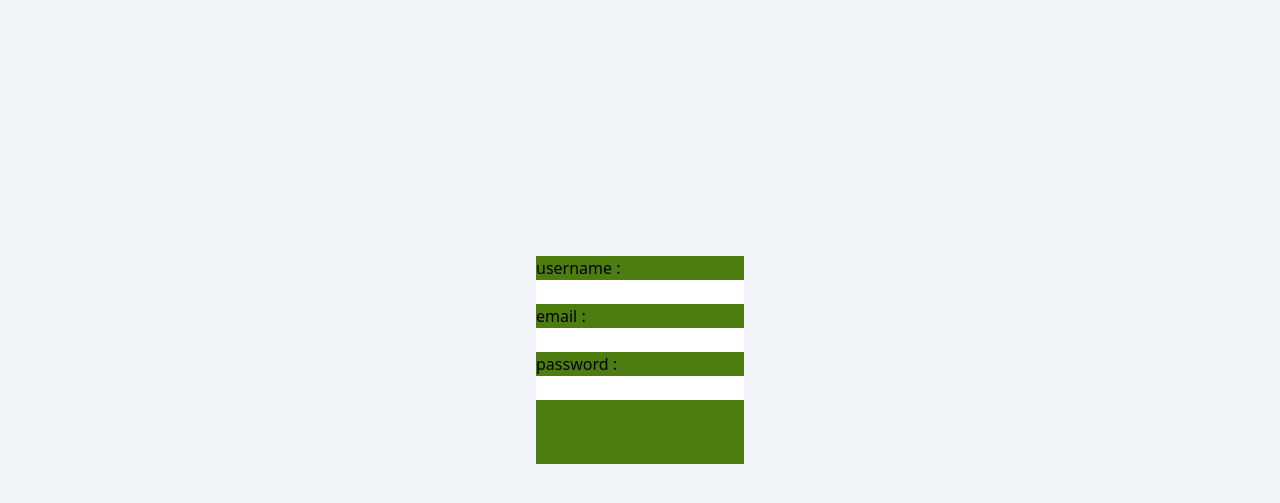
Repository: Emy-gold/alx-fe-reactjs
Page: / (app in form-handling-react/)
These files come from the project's save history. The page is drawn as it stood at one moment and after the next save; the edit follows.
The browser window is 1280 px wide. The pictures show the whole page.
The project was rebuilt for these pictures with package versions that can differ from the ones it lists, and the page was loaded fresh each time. Also part of the build but not shown: form-handling-react/vite.config.js.

Above is the page before, as saved 2025-08-22 21:24:36.

After the next save:
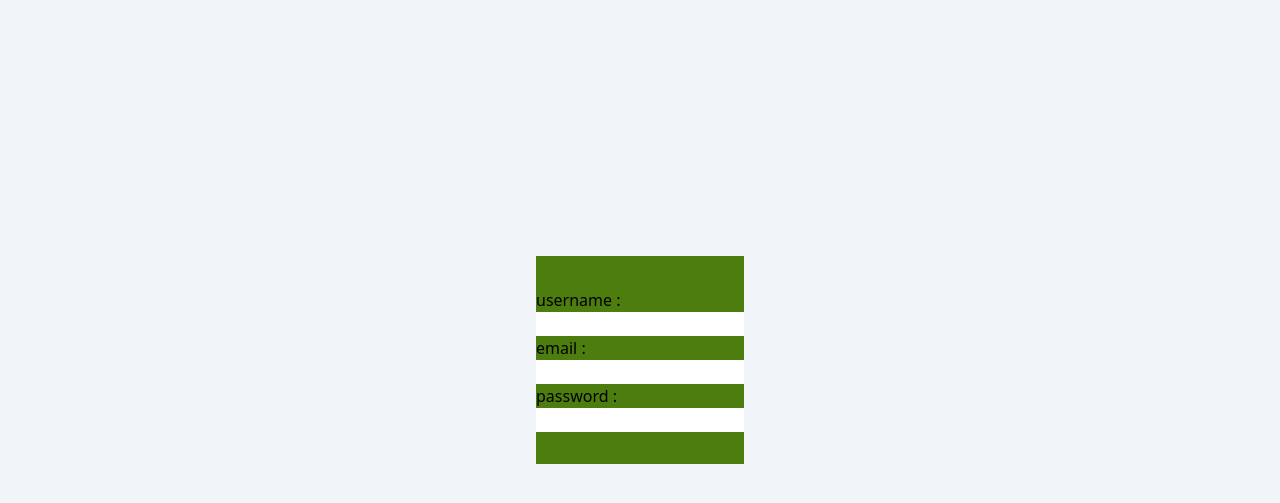
Saved 20 s later.
--- a/form-handling-react/src/components/RegistrationForm.jsx
+++ b/form-handling-react/src/components/RegistrationForm.jsx
@@ -17,7 +17,7 @@ function RegistrationForm() {
 
     return (
         <div className='flex w-full mx-auto h-screen justify-center items-center bg-slate-100'>
-            <form onSubmit={handleSubmit} className='flex flex-col bg-lime-700 w-52 h-52'>
+            <form onSubmit={handleSubmit} className='flex flex-col justify-center bg-lime-700 w-52 h-52'>
                 <label>username :</label>
                 <input
                     type="text"
